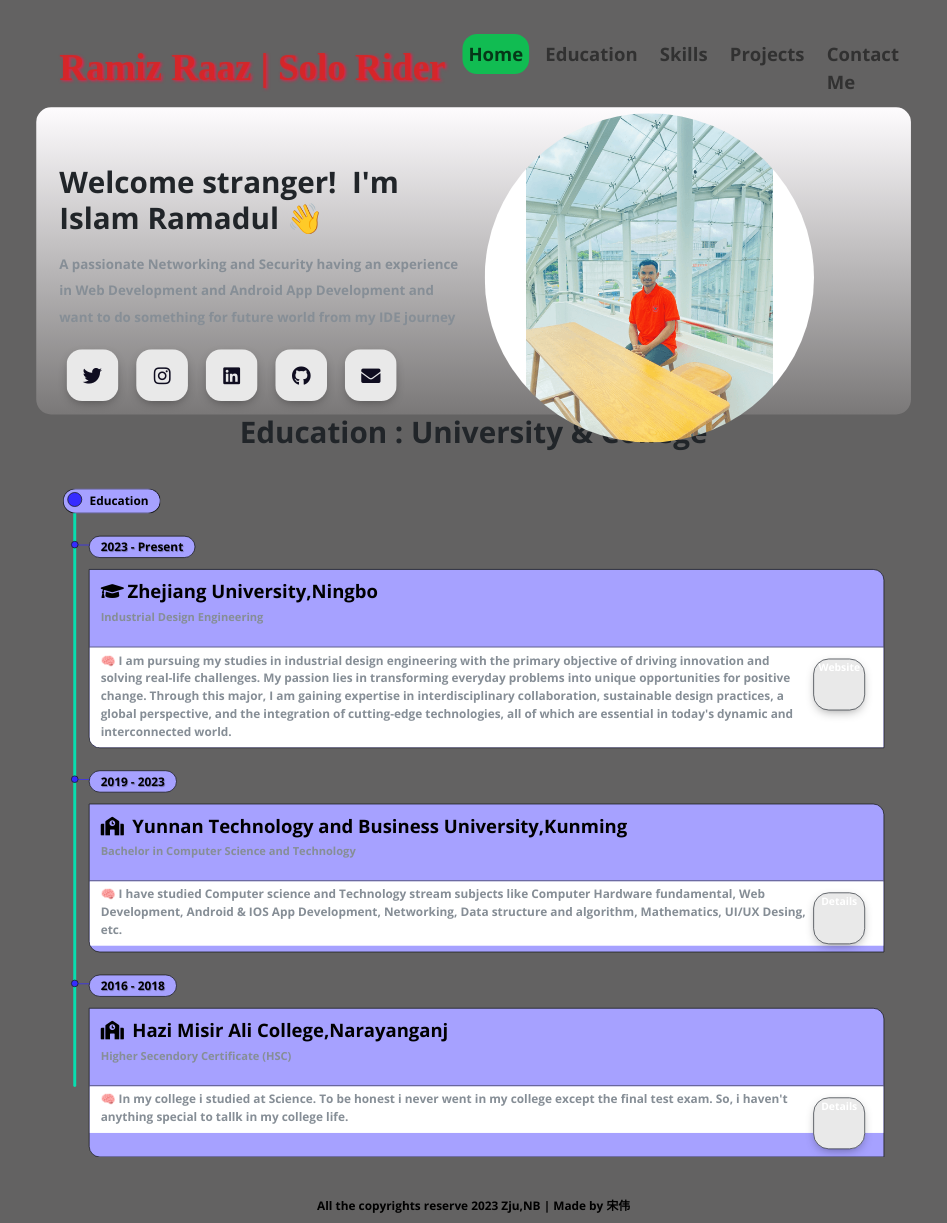
Repository: ramizraaz/ZjuProtfolio
Page: index.html
These files come from the project's save history. The page is drawn as it stood at one moment and after the next save; the edit follows.
The browser window is 1280 px wide. The pictures show the whole page, at 74% of full size.
The pointer rests on the first visible `.headerachor`.
Some web fonts or font styles are not loaded; a fallback is used. Some web libraries are served in a nearby version.

Above is the page before, as saved 2023-10-08 18:34:19.

After the next save:
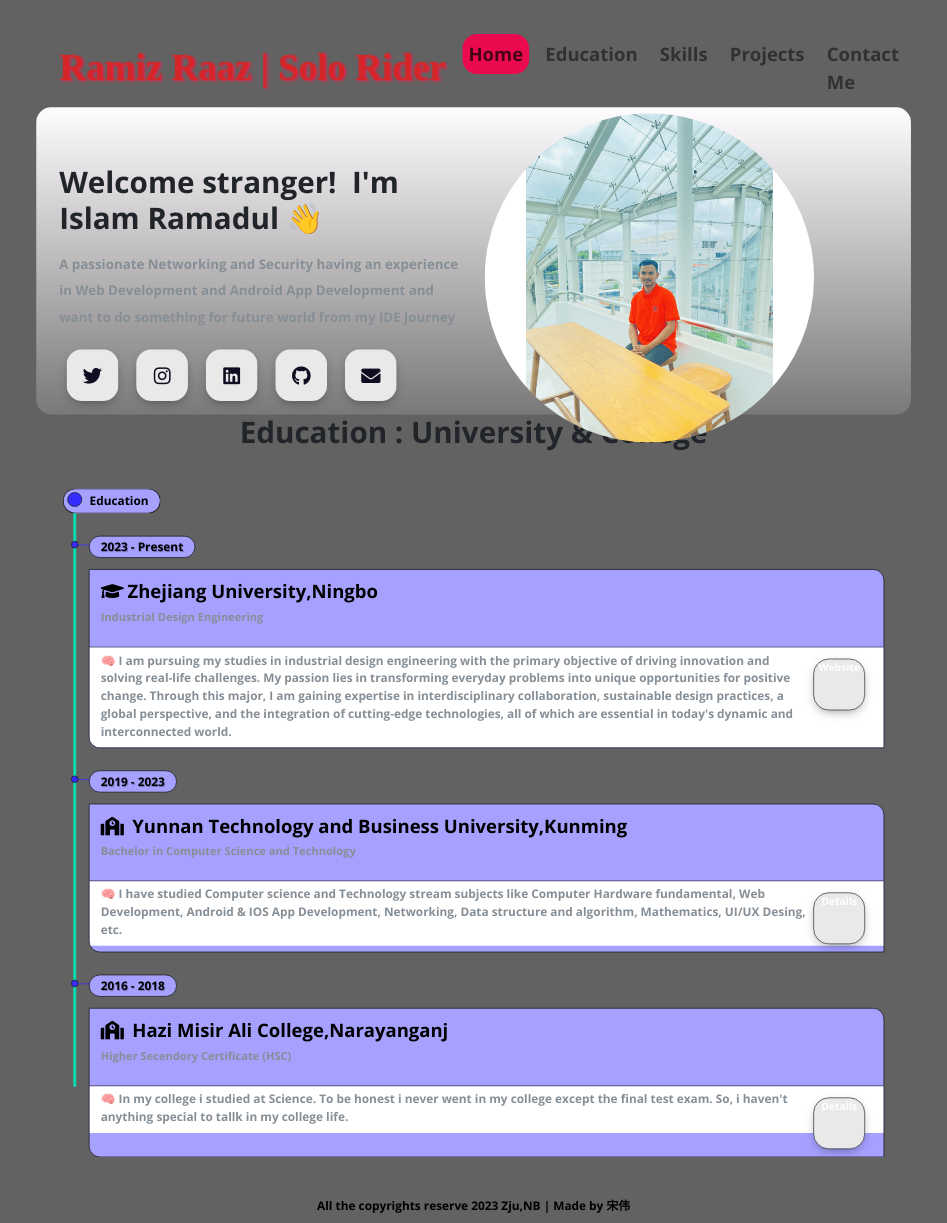
Saved 13 s later.
--- a/style.css
+++ b/style.css
@@ -76,7 +76,7 @@ a {
 }
 
 .headerachor:hover {
-    background-color: #11bc52;
+    background-color: #ec0a4e;
 }
 
 
